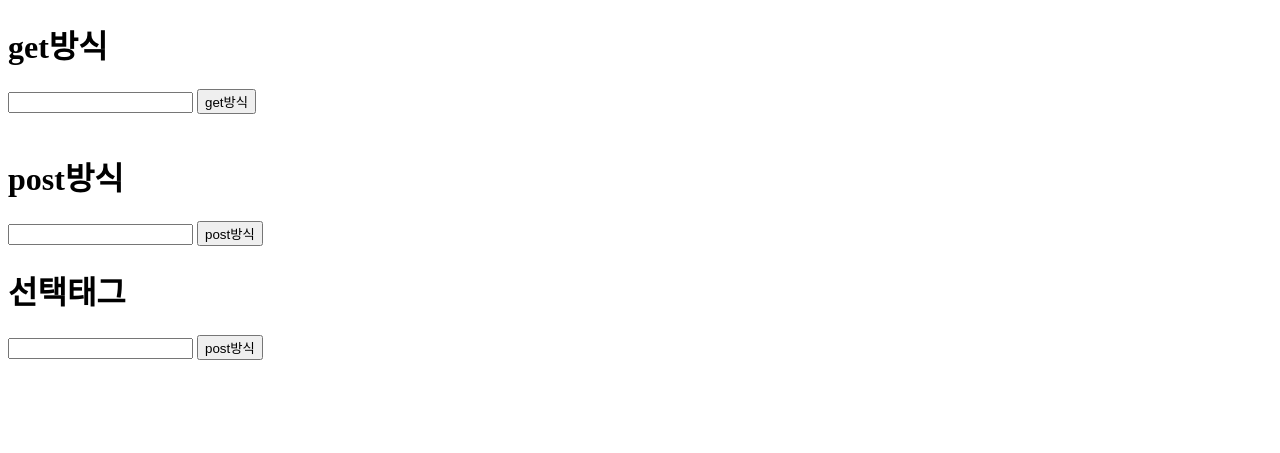
Repository: HeonchanKim/smhrd_jsp
Page: Servlet/src/main/webapp/ex04.html
An editor plug-in stored every save of this project. The page is shown before and after the next save, followed by the edit.
The browser window is 1280 px wide. The pictures show the whole page.

Above is the page before, as saved 2022-01-27 07:16:43.

After the next save:
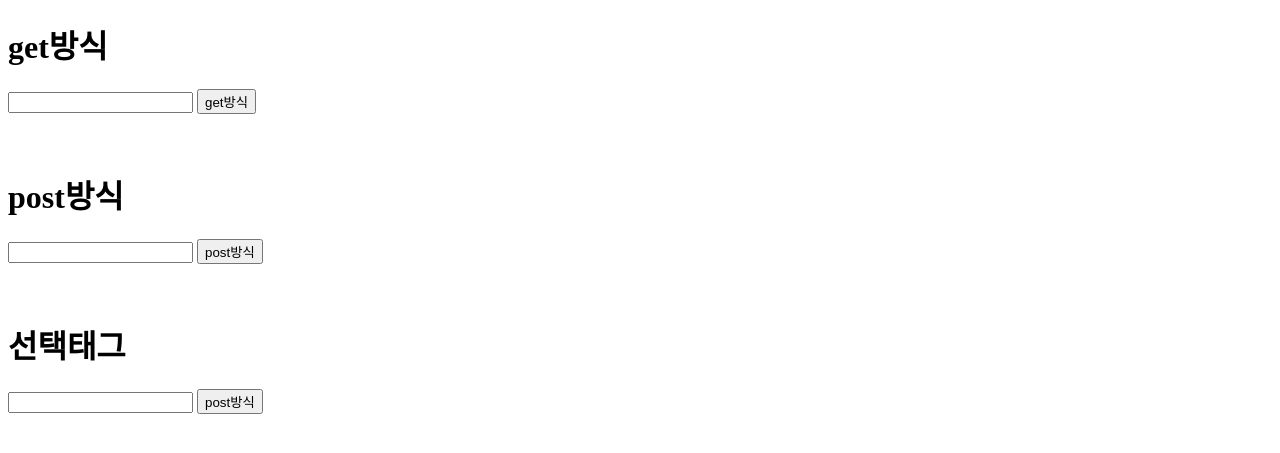
Saved 9 s later.
--- a/Servlet/src/main/webapp/ex04.html
+++ b/Servlet/src/main/webapp/ex04.html
@@ -19,7 +19,7 @@
 		<input type="submit" value="get방식">
 	</form>
 
-	<br>
+	<br><br>
 
 	 <h1>post방식</h1>
 	<form action="ex04" method="post">
@@ -27,7 +27,7 @@
 		<input type="submit" value="post방식">
 	</form>
 
-
+	<br><br>
 
 	<h1>선택태그</h1>
 	<form action="ex04" method="post">
